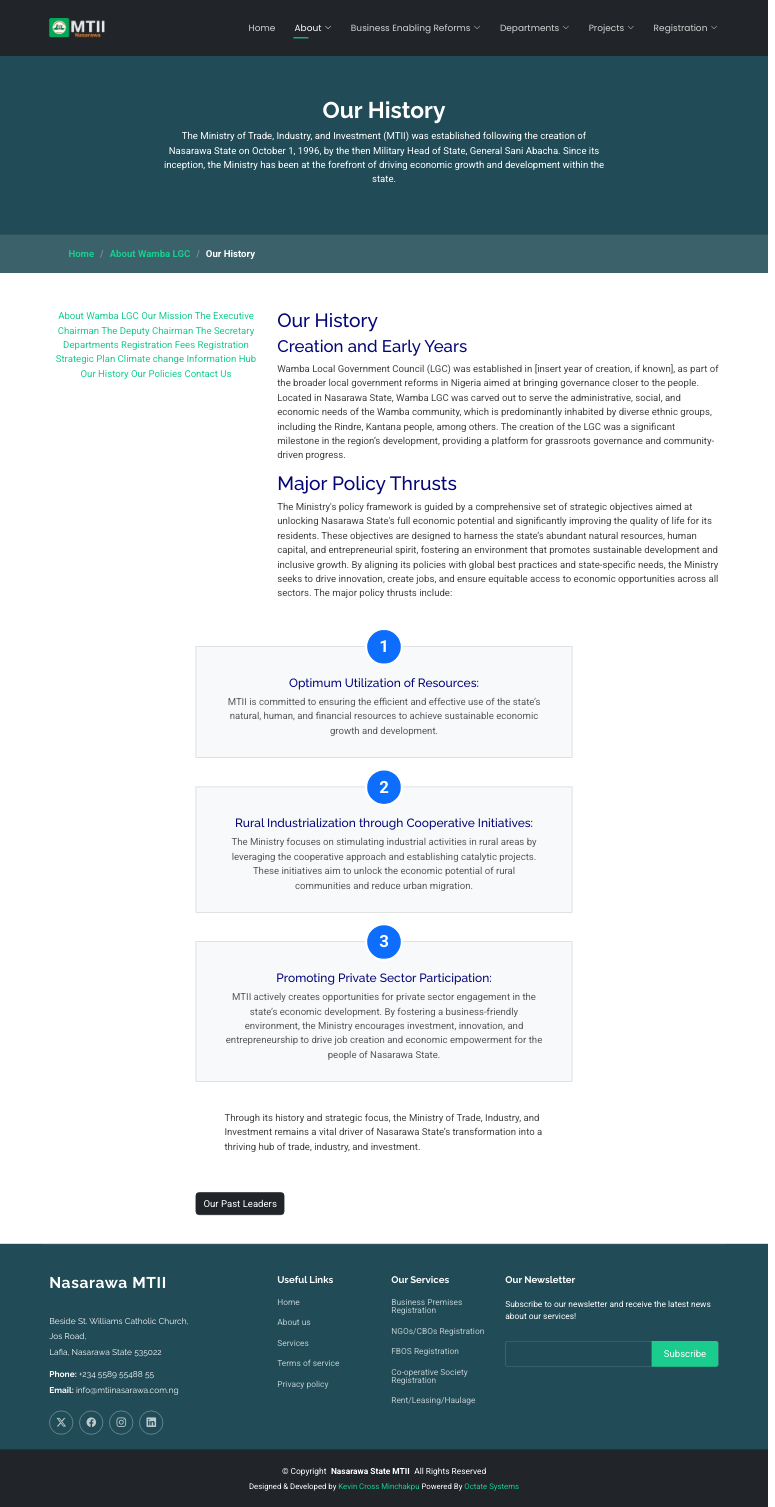
Repository: GlorifiedIntel/wamba-lgc
Page: wamba-history.html
An editor plug-in stored every save of this project. The page is shown before and after the next save, followed by the edit.
The browser window is 1280 px wide. The page is 1292 px wide, so the pictures cover 1292 px, including what lies to the right of the window. The pictures show the whole page, at 60% of full size.

Above is the page before, as saved 2025-02-06 02:39:05.
Console error: TypeError: Cannot read properties of null (reading 'click')

After the next save:
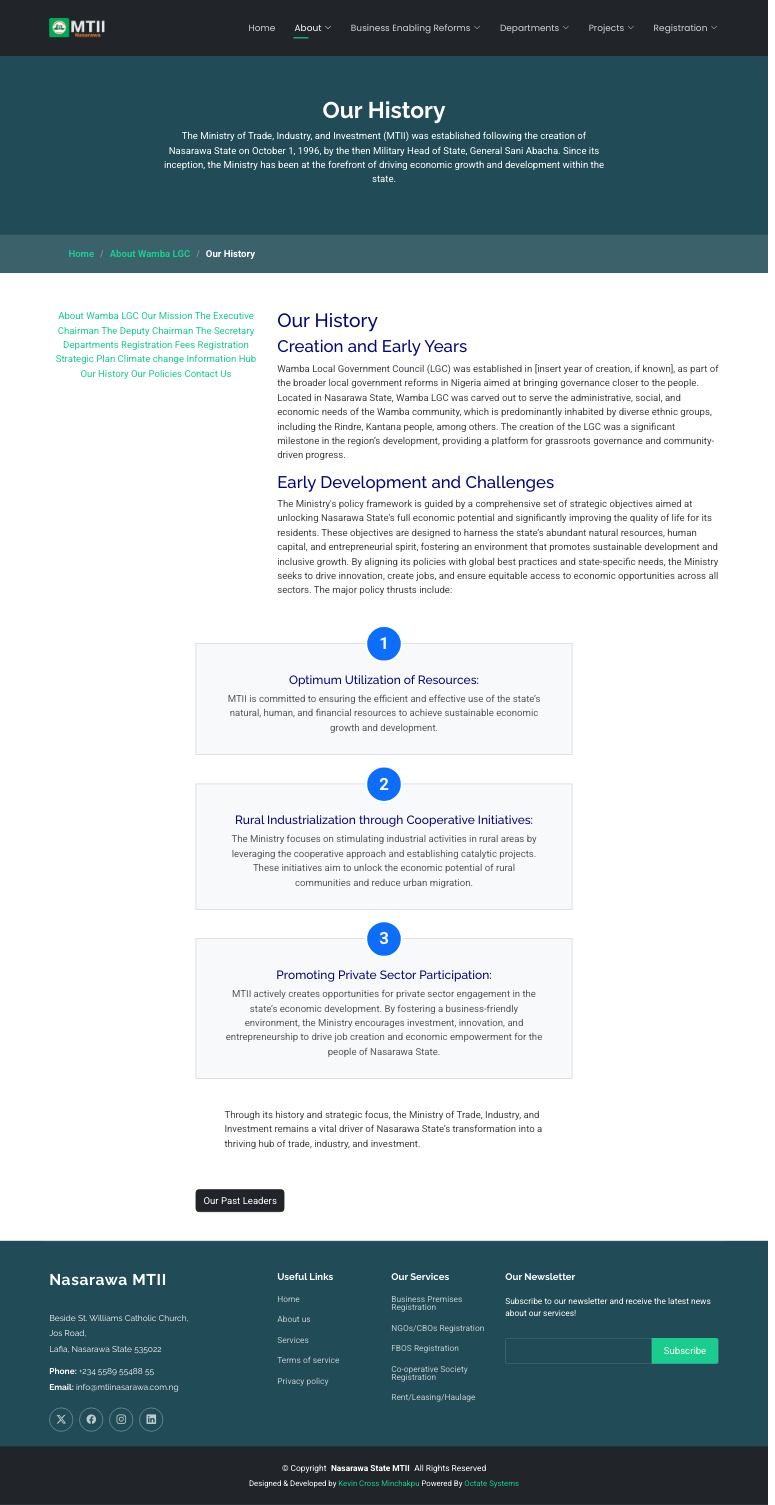
Saved 59 s later.
--- a/wamba-history.html
+++ b/wamba-history.html
@@ -144,7 +144,7 @@
             <h2>Our History</h2>
             <h3>Creation and Early Years</h3>
             <p>Wamba Local Government Council (LGC) was established in [insert year of creation, if known], as part of the broader local government reforms in Nigeria aimed at bringing governance closer to the people. Located in Nasarawa State, Wamba LGC was carved out to serve the administrative, social, and economic needs of the Wamba community, which is predominantly inhabited by diverse ethnic groups, including the Rindre, Kantana people, among others. The creation of the LGC was a significant milestone in the region’s development, providing a platform for grassroots governance and community-driven progress.            </p>
-          <h2>Major Policy Thrusts</h2>
+          <h3>Early Development and Challenges</h3>
           <p>The Ministry's policy framework is guided by a comprehensive set of strategic objectives aimed at unlocking Nasarawa State's full economic potential and significantly improving the quality of life for its residents. These objectives are designed to harness the state’s abundant natural resources, human capital, and entrepreneurial spirit, fostering an environment that promotes sustainable development and inclusive growth. By aligning its policies with global best practices and state-specific needs, the Ministry seeks to drive innovation, create jobs, and ensure equitable access to economic opportunities across all sectors. The major policy thrusts include:</p>
           </div>
         </div>
